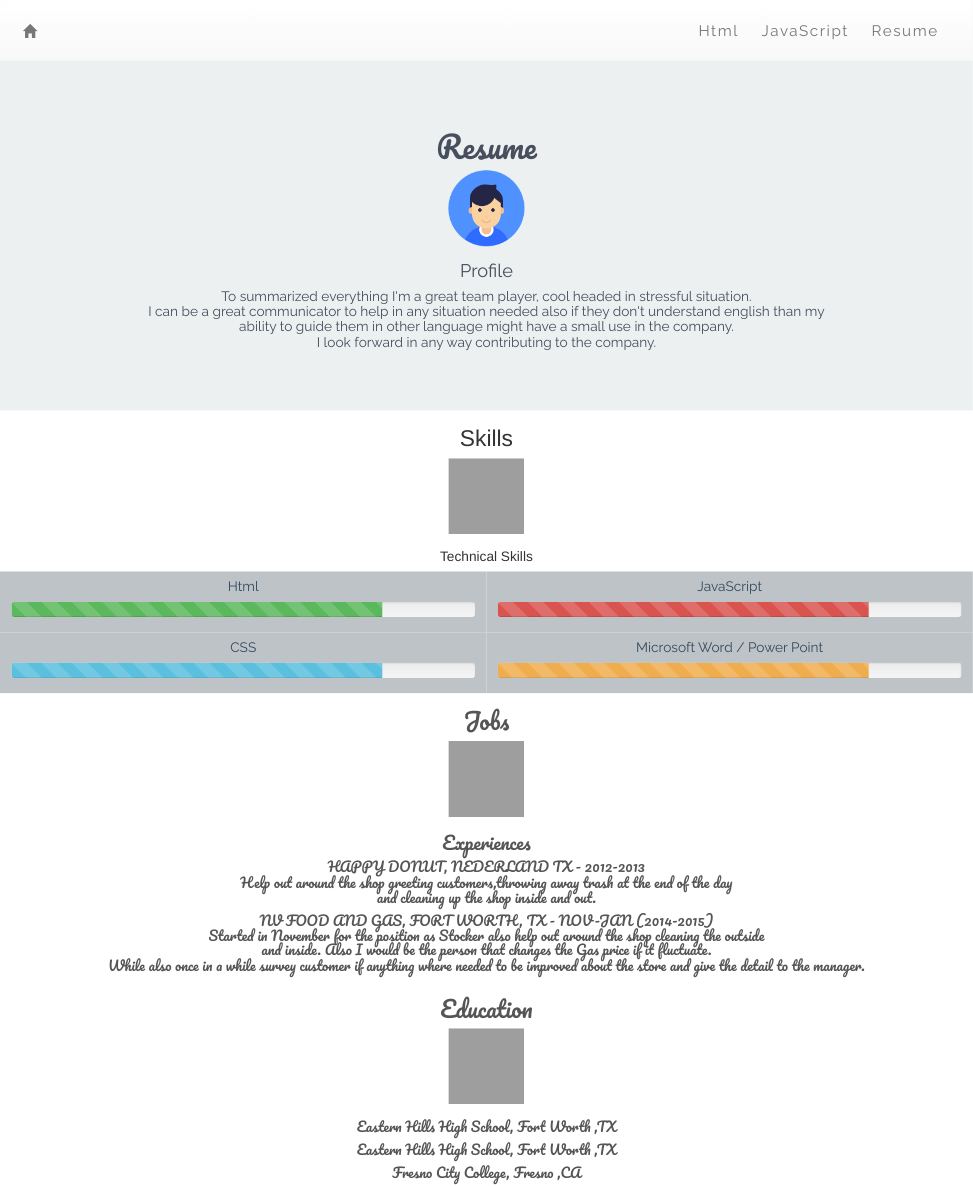
Repository: Milineam6162/workspace
Page: Resume/resume.html
The author's editor kept a record of every edit. The page is drawn from the files as they stood at one moment, then again after the next edit.
The browser window is 1280 px wide. The pictures show the whole page, at 76% of full size.
Pictures or frames that could not be fetched are drawn as grey boxes. Some web libraries are served in a nearby version.

Above is the page before.

After the next edit:
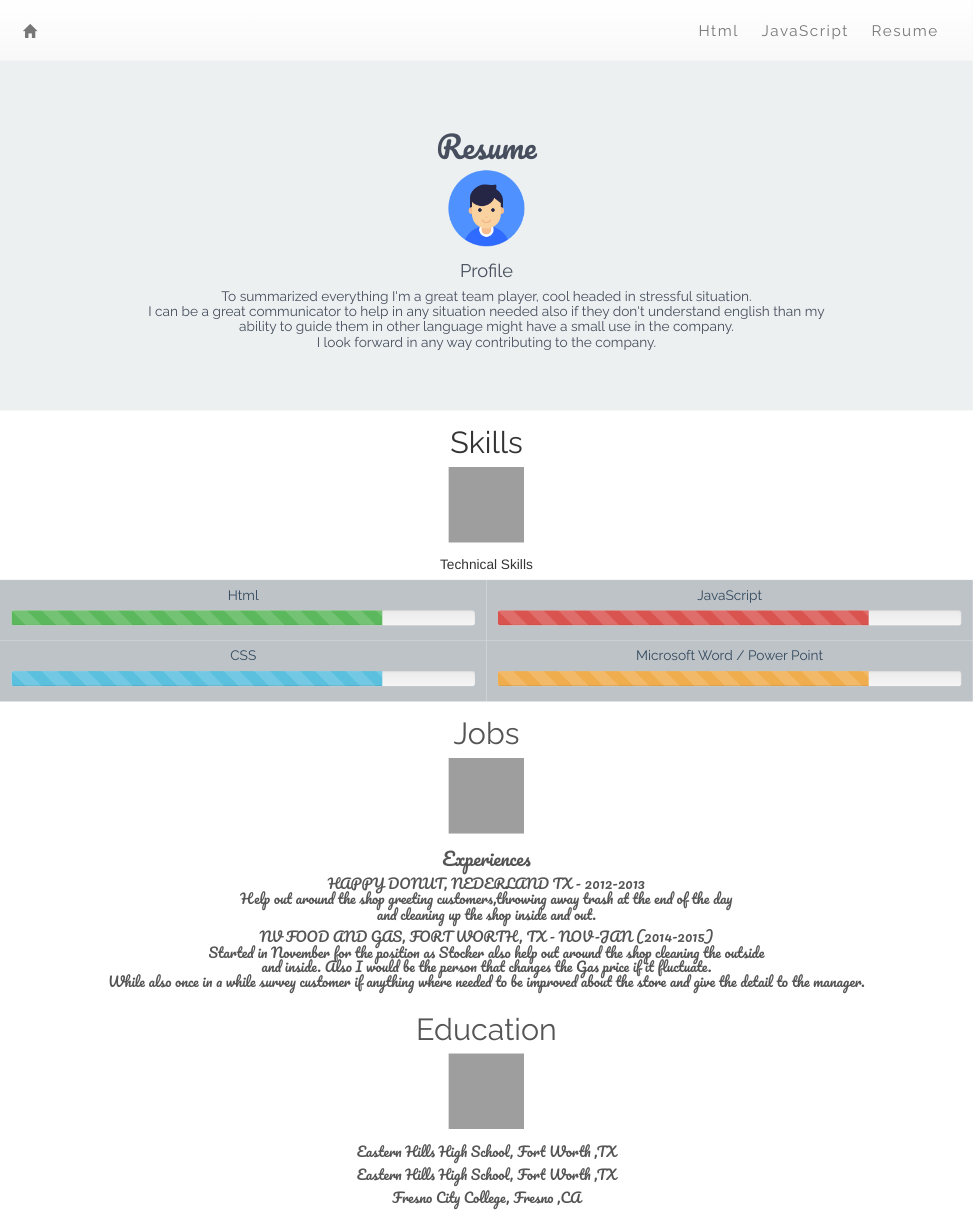
The edit:
--- a/Resume/resume.css
+++ b/Resume/resume.css
@@ -49,3 +49,7 @@
     border-radius:10%;
     width:400px;
 }
+.title2 {
+    font-family:'Raleway','helvetica' ;
+    font-size:40px;
+}
